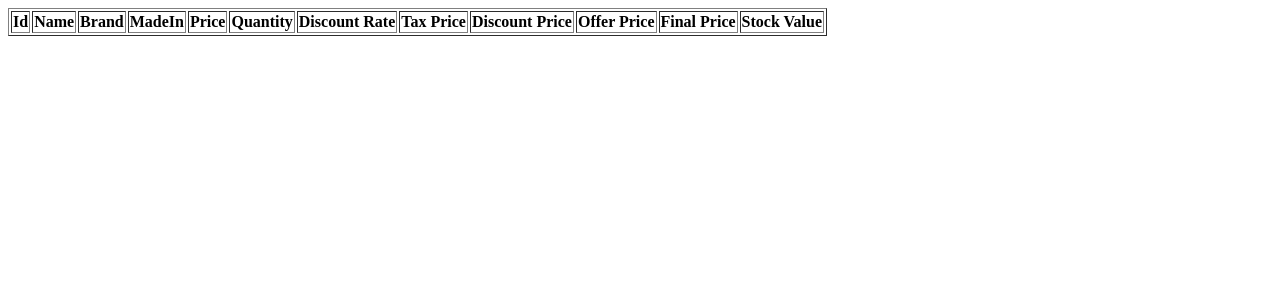
Repository: SruthiBethi/SpringBootMVC
Page: http://localhost/product-list
The author's editor kept a copy of each file at every save. The page is drawn from the files as they stood at one save, then again after the next save.
The browser window is 1280 px wide. The pictures show the whole page.
The page is this project's Thymeleaf template; nobody is signed in. The template is opened directly, without the code that normally fills it, so the values that code supplies are empty.

Above is the page before, as saved 2024-12-21 09:55:53.

### SpringBootMVCExample/src/main/resources/templates/product-list.html
<html>
	<head>
		<title>Product Details</title>
	</head>
	<body>
		<div>
			<table border="1 px">
				<thead>
					<tr>
						<th>Id</th>
						<th>Name</th>
						<th>Brand</th>
						<th>MadeIn</th>
						<th>Price</th>
						<th>Quantity</th>
						<th>Discount Rate</th>
						<th>Tax Price</th>
						<th>Discount Price</th>
						<th>Offer Price</th>
						<th>Final Price</th>
						<th>Stock Value</th>

					</tr>
				</thead>
				<tbody>
					<tr th:each="product:${products}">
						<td th:text="${product.id}"></td>
						<td th:text="${product.name}"></td>
						<td th:text="${product.brand}"></td>
						<td th:text="${product.madeIn}"></td>
						<td th:text="${product.price}"></td>
						<td th:text="${product.quantity}"></td>
						<td th:text="${product.discountRate}"></td>
						<td th:text="${product.taxPrice}"></td>
						<td th:text="${product.discountPrice}"></td>
						<td th:text="${product.offerPrice}"></td>
						<td th:text="${product.finalPrice}"></td>
						<td th:text="${product.stockValue}"></td>

					</tr>

				</tbody>
			</table>
		</div>

	</body>
</html>

After the next save:
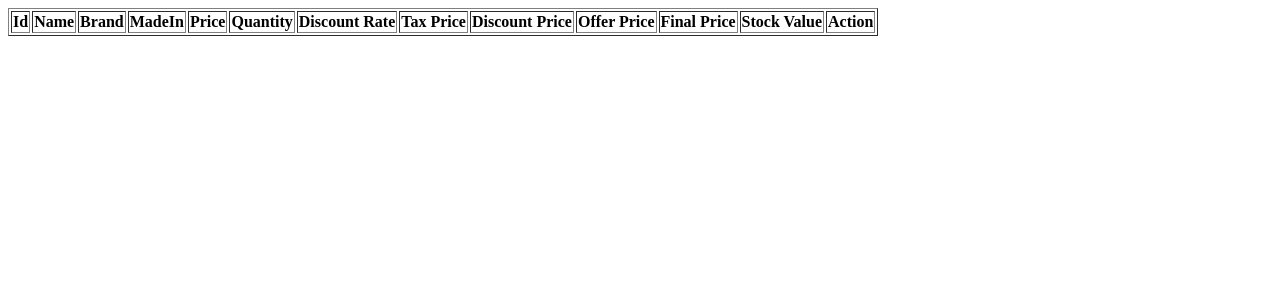
Saved 23 s later.
--- a/SpringBootMVCExample/src/main/resources/templates/product-list.html
+++ b/SpringBootMVCExample/src/main/resources/templates/product-list.html
@@ -19,7 +19,7 @@
 						<th>Offer Price</th>
 						<th>Final Price</th>
 						<th>Stock Value</th>
-
+						<th>Action</th>
 					</tr>
 				</thead>
 				<tbody>
